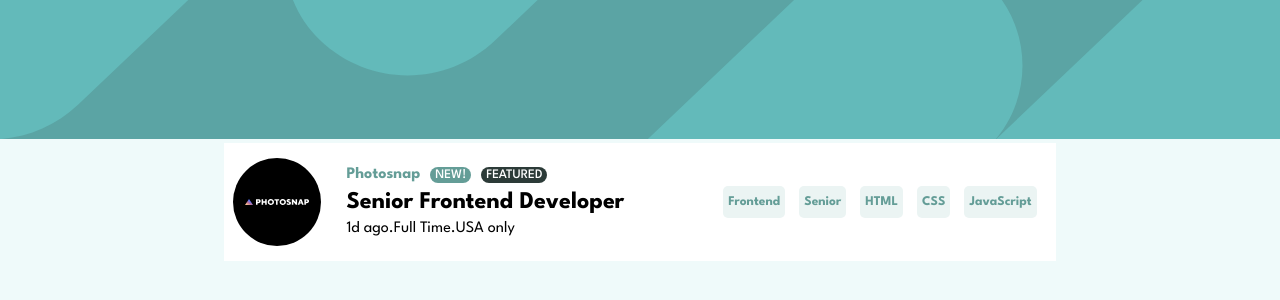
Repository: Eldream12/JobListing
Page: index.html
These files come from the project's save history. The page is drawn as it stood at one moment and after the next save; the edit follows.
The browser window is 1280 px wide. The pictures show the whole page.

Above is the page before, as saved 2025-03-31 21:09:50.

### index.html
<!DOCTYPE html>
<html lang="en">
	<head>
		<meta charset="UTF-8" />
		<meta name="viewport" content="width=device-width, initial-scale=1.0" />
		<title>Job Listing</title>
		<link rel="stylesheet" href="style/style.css" />
	</head>

	<body>
		<header>
			<div>
				<img src="Images/bg-header-desktop.svg" alt="NavHeader" />
			</div>
		</header>

		<main>
			<div class="content-carrier">
				<div class="content">
					<div class="ctn">
						<img src="Images/photosnap.svg" alt="photosnap" />
						<div class="content-text">
							<div class="txt-1">
								<h4>Photosnap</h4>
								<div class="btn-1">
									<button>NEW!</button>
								</div>
								<div class="btn-2">
									<button>FEATURED</button>
								</div>
							</div>
							<div class="txt-2">
								<h2>Senior Frontend Developer</h2>
							</div>
							<div class="txt-3">
								<p>1d ago</p>
								<p>.</p>
								<p>Full Time</p>
								<p>.</p>
								<p>USA only</p>
							</div>
						</div>
					</div>

					<div class="btn">
						<button>Frontend</button>
						<button>Senior</button>
						<button>HTML</button>
						<button>CSS</button>
						<button>JavaScript</button>
					</div>
				</div>
			</div>
		</main>
		<footer></footer>
	</body>
</html>

### style/style.css
@import url("https://fonts.googleapis.com/css2?family=League+Spartan:wght@100..900&display=swap");

* {
	font-family: League Spartan;
	margin: 0;
	padding: 0;
	box-sizing: border-box;
}

html body {
	background-color: hsl(180, 52%, 96%);
}

header img {
	width: 100%;
	background-color: hsl(180, 29%, 50%);
}

.content-carrier .content {
	display: flex;
	background-color: #ffffff;
	align-items: center;
	justify-content: space-around;
	max-width: 65%;
	margin: auto;
	padding: 15px 5px 15px 5px;
	gap: 90px;
}

.content-carrier .content .txt-1 {
	display: flex;
}

.content-carrier .content .txt-3 {
	display: flex;
}

.content-carrier .content .ctn {
	display: flex;
	align-items: center;
}

.content .ctn img {
	margin-right: 25px;
}

.content .btn button {
	background-color: #ebf4f3;
	border: none;
	padding: 10px 5px 10px 5px;
	border-radius: 5px;
	color: #649d97;
	font-weight: 700;
	margin-right: 10px;
}

.content .txt-1 h4 {
	color: #649d97;
}

.content .txt-1 .btn-1 button {
	background-color: #649d97;
}

.content .txt-1 .btn-2 button {
	background-color: #2c3b38;
}

.content .txt-1 button {
	font-size: 13px;
	font-weight: 500;
	color: #ffffff;
	border: none;
	padding: 2px 5px 2px 5px;
	border-radius: 10px;
	margin-left: 10px;
}

.content .txt-2 h2 {
	margin: 8px 0 8px 0;
}

.content .txt-3 p {
	justify-content: space-evenly;
}

After the next save:
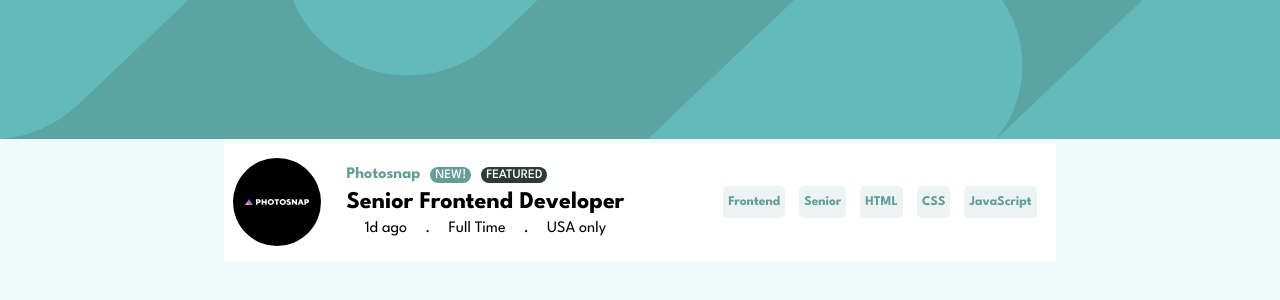
Saved 11 s later.
--- a/style/style.css
+++ b/style/style.css
@@ -80,6 +80,6 @@
 	margin: 8px 0 8px 0;
 }
 
-.content .txt-3 p {
+.content .txt-3 {
 	justify-content: space-evenly;
 }

After the save that followed:
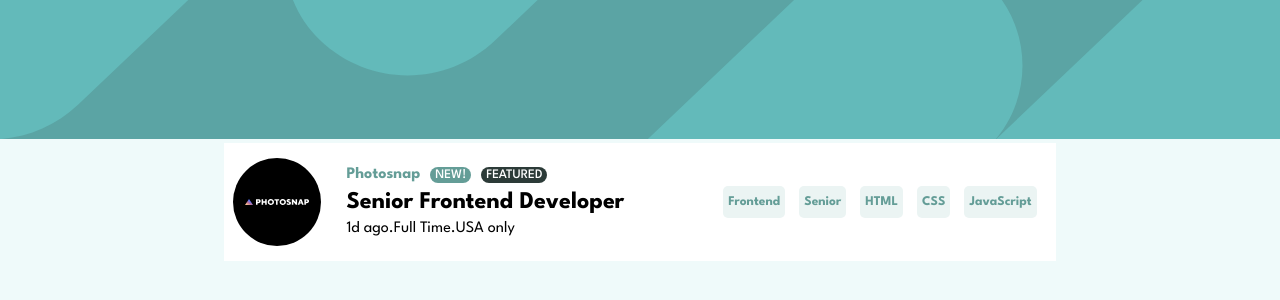
Saved 14 s later.
--- a/style/style.css
+++ b/style/style.css
@@ -81,5 +81,5 @@
 }
 
 .content .txt-3 {
-	justify-content: space-evenly;
+	/* justify-content: space-evenly; */
 }
